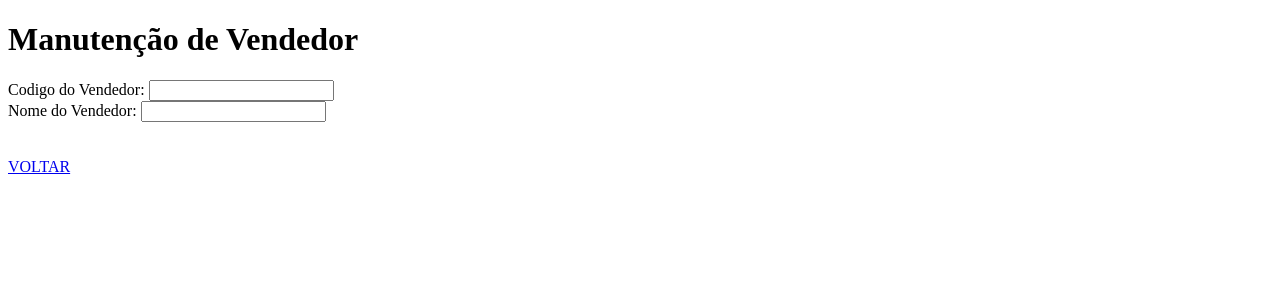
Repository: gabriellacrystina/workspaceWeb
Page: http://localhost/PrjVendas/ManutencaoVendedor.jsp
The author's editor kept a copy of each file at every save. The page is drawn from the files as they stood at one save, then again after the next save.
The browser window is 1280 px wide. The pictures show the whole page.
The page is served by Tomcat 9.

Above is the page before, as saved 2015-09-15 00:11:34.

After the next save:
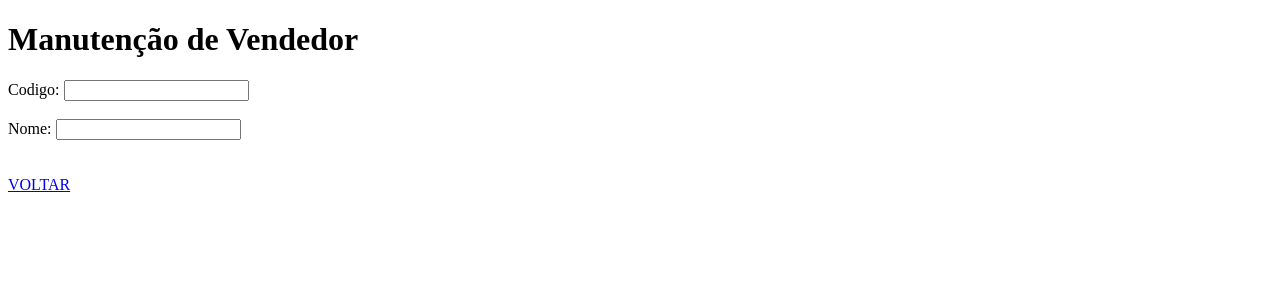
Saved 31 s later.
--- a/PrjVendas/WebContent/ManutencaoVendedor.jsp
+++ b/PrjVendas/WebContent/ManutencaoVendedor.jsp
@@ -9,8 +9,8 @@
 	<body>
 		<form action="ManutencaoVendedor" method="post">
 			<h1>Manutenção de Vendedor</h1>
-				Codigo do Vendedor: <input type="text" name="codigo"><br>
-				Nome do Vendedor: <input type="text" name="nome"><br>
+				Codigo: <input type="text" name="codigo"><br><br>
+				Nome: <input type="text" name="nome"><br>
 
 
 		<br><br><a href="Menu.jsp">VOLTAR</a><br>
